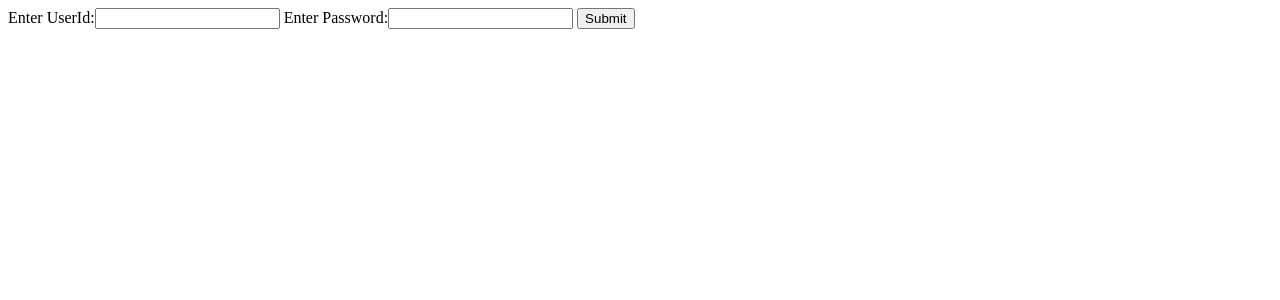
Repository: SurajPawar15-smart/JAVAProjects
Page: BCExUserSession/WebContent/index.html
These files come from the project's save history. The page is drawn as it stood at one moment and after the next save; the edit follows.
The browser window is 1280 px wide. The pictures show the whole page.

Above is the page before, as saved 2020-09-28 15:50:05.

After the next save:
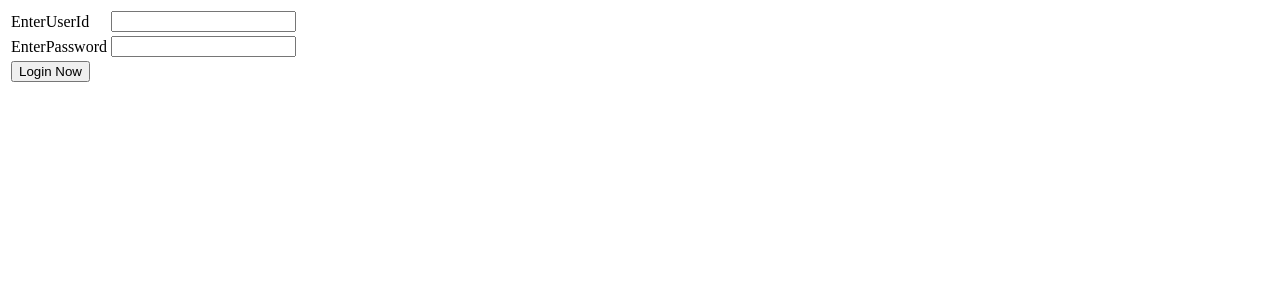
Saved 2 min 43 s later.
--- a/BCExUserSession/WebContent/index.html
+++ b/BCExUserSession/WebContent/index.html
@@ -7,9 +7,22 @@
 <body>
 
 <form action="SetSessionServlet" method="post">
-Enter UserId:<input type="text" name="userid">
-Enter Password:<input type="password" name="password">
-<input type="submit" name="Login Now">
+<table>
+<tr>
+<td>EnterUserId</td>
+<td><input type="text" name="userid"></td>
+</tr>
+
+<tr>
+<td>EnterPassword</td>
+<td><input type="password" name="password"></td>
+</tr>
+
+<tr>
+<td><input type="submit" value="Login Now"></td>
+</tr>
+
+</table>
 </form>
 
 </body>
